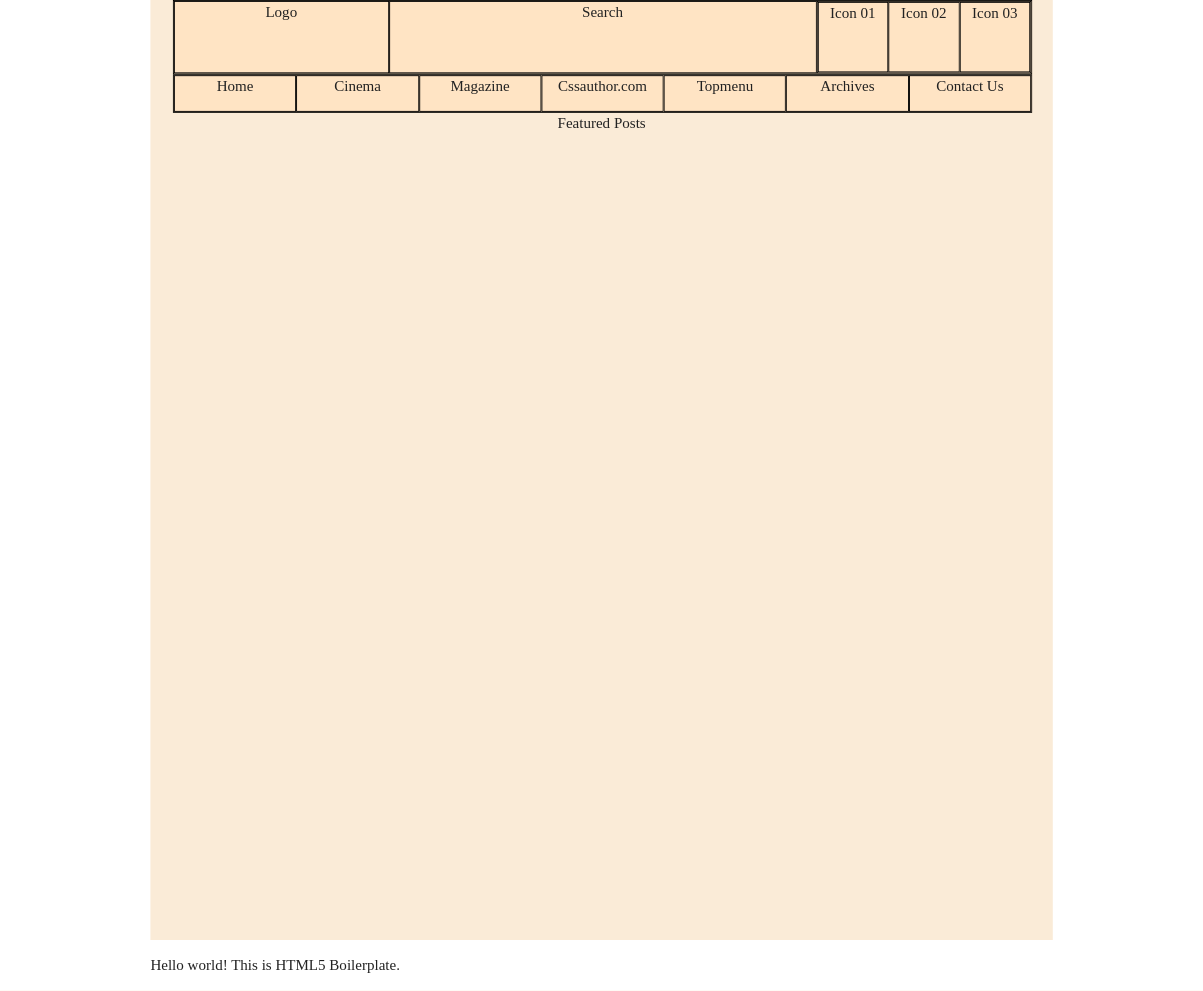
Repository: giovanabirck/cover-magazine-giovanabirck
Page: index.html
An editor plug-in stored every save of this project. The page is shown before and after a run of saves, followed by the edit.
The browser window is 1280 px wide. The pictures show the whole page, at 94% of full size.

Above is the page before, as saved 2023-01-13 17:18:05.

### index.html
<!doctype html>
<html class="no-js" lang="">

<head>
  <meta charset="utf-8">
  <title></title>
  <meta name="description" content="">
  <meta name="viewport" content="width=device-width, initial-scale=1">

  <meta property="og:title" content="">
  <meta property="og:type" content="">
  <meta property="og:url" content="">
  <meta property="og:image" content="">

  <link rel="manifest" href="site.webmanifest">
  <link rel="apple-touch-icon" href="icon.png">
  <!-- Place favicon.ico in the root directory -->

  <link rel="stylesheet" href="css/normalize.css">
  <link rel="stylesheet" href="css/main.css">

  <meta name="theme-color" content="#fafafa">
</head>

<body>

  <div class="main-container">

    <div class="header">
      <div class="header-content">
        <div class="header-content-logo">Logo</div>
        <div class="header-content-search">Search</div>
        <div class="header-content-icons">
          <div class="header-content-icons-un">Icon 01</div>
          <div class="header-content-icons-un">Icon 02</div>
          <div class="header-content-icons-un">Icon 03</div>
        </div>
      </div>
      <div class="header-menu">
        <div class="header-menu-un">Home</div>
        <div class="header-menu-un">Cinema</div>
        <div class="header-menu-un">Magazine</div>
        <div class="header-menu-un">Cssauthor.com</div>
        <div class="header-menu-un">Topmenu</div>
        <div class="header-menu-un">Archives</div>
        <div class="header-menu-un">Contact Us</div>
      </div>
    </div>

    <div>Featured Posts</div>

  </div>


  <!-- Add your site or application content here -->
  <p>Hello world! This is HTML5 Boilerplate.</p>
  <script src="js/vendor/modernizr-3.11.2.min.js"></script>
  <script src="js/plugins.js"></script>
  <script src="js/main.js"></script>

  <!-- Google Analytics: change UA-XXXXX-Y to be your site's ID. -->
  <script>
    window.ga = function () { ga.q.push(arguments) }; ga.q = []; ga.l = +new Date;
    ga('create', 'UA-XXXXX-Y', 'auto'); ga('set', 'anonymizeIp', true); ga('set', 'transport', 'beacon'); ga('send', 'pageview')
  </script>
  <script src="https://www.google-analytics.com/analytics.js" async></script>
</body>

</html>

### css/main.css
/*! HTML5 Boilerplate v8.0.0 | MIT License | https://html5boilerplate.com/ */

/* main.css 2.1.0 | MIT License | https://github.com/h5bp/main.css#readme */
/*
 * What follows is the result of much research on cross-browser styling.
 * Credit left inline and big thanks to Nicolas Gallagher, Jonathan Neal,
 * Kroc Camen, and the H5BP dev community and team.
 */

/* ==========================================================================
   Base styles: opinionated defaults
   ========================================================================== */

html {
  color: #222;
  font-size: 1em;
  line-height: 1.4;
  margin: 0px 160px 0px 160px;
}

/*
 * Remove text-shadow in selection highlight:
 * https://twitter.com/miketaylr/status/12228805301
 *
 * Vendor-prefixed and regular ::selection selectors cannot be combined:
 * https://stackoverflow.com/a/16982510/7133471
 *
 * Customize the background color to match your design.
 */

::-moz-selection {
  background: #b3d4fc;
  text-shadow: none;
}

::selection {
  background: #b3d4fc;
  text-shadow: none;
}

/*
 * A better looking default horizontal rule
 */

hr {
  display: block;
  height: 1px;
  border: 0;
  border-top: 1px solid #ccc;
  margin: 1em 0;
  padding: 0;
}

/*
 * Remove the gap between audio, canvas, iframes,
 * images, videos and the bottom of their containers:
 * https://github.com/h5bp/html5-boilerplate/issues/440
 */

audio,
canvas,
iframe,
img,
svg,
video {
  vertical-align: middle;
}

/*
 * Remove default fieldset styles.
 */

fieldset {
  border: 0;
  margin: 0;
  padding: 0;
}

/*
 * Allow only vertical resizing of textareas.
 */

textarea {
  resize: vertical;
}

/* ==========================================================================
   Author's custom styles
   ========================================================================== */

/* ==========================================================================
   Helper classes
   ========================================================================== */

/*
 * Hide visually and from screen readers
 */

.hidden,
[hidden] {
  display: none !important;
}

/*
 * Hide only visually, but have it available for screen readers:
 * https://snook.ca/archives/html_and_css/hiding-content-for-accessibility
 *
 * 1. For long content, line feeds are not interpreted as spaces and small width
 *    causes content to wrap 1 word per line:
 *    https://medium.com/@jessebeach/beware-smushed-off-screen-accessible-text-5952a4c2cbfe
 */

.sr-only {
  border: 0;
  clip: rect(0, 0, 0, 0);
  height: 1px;
  margin: -1px;
  overflow: hidden;
  padding: 0;
  position: absolute;
  white-space: nowrap;
  width: 1px;
  /* 1 */
}

/*
 * Extends the .sr-only class to allow the element
 * to be focusable when navigated to via the keyboard:
 * https://www.drupal.org/node/897638
 */

.sr-only.focusable:active,
.sr-only.focusable:focus {
  clip: auto;
  height: auto;
  margin: 0;
  overflow: visible;
  position: static;
  white-space: inherit;
  width: auto;
}

/*
 * Hide visually and from screen readers, but maintain layout
 */

.invisible {
  visibility: hidden;
}

/*
 * Clearfix: contain floats
 *
 * For modern browsers
 * 1. The space content is one way to avoid an Opera bug when the
 *    `contenteditable` attribute is included anywhere else in the document.
 *    Otherwise it causes space to appear at the top and bottom of elements
 *    that receive the `clearfix` class.
 * 2. The use of `table` rather than `block` is only necessary if using
 *    `:before` to contain the top-margins of child elements.
 */

.clearfix::before,
.clearfix::after {
  content: " ";
  display: table;
}

.clearfix::after {
  clear: both;
}

/* ==========================================================================
   EXAMPLE Media Queries for Responsive Design.
   These examples override the primary ('mobile first') styles.
   Modify as content requires.
   ========================================================================== */

@media only screen and (min-width: 35em) {
  /* Style adjustments for viewports that meet the condition */
}

@media print,
  (-webkit-min-device-pixel-ratio: 1.25),
  (min-resolution: 1.25dppx),
  (min-resolution: 120dpi) {
  /* Style adjustments for high resolution devices */
}

/* ==========================================================================
   Print styles.
   Inlined to avoid the additional HTTP request:
   https://www.phpied.com/delay-loading-your-print-css/
   ========================================================================== */

@media print {
  *,
  *::before,
  *::after {
    background: #fff !important;
    color: #000 !important;
    /* Black prints faster */
    box-shadow: none !important;
    text-shadow: none !important;
  }

  a,
  a:visited {
    text-decoration: underline;
  }

  a[href]::after {
    content: " (" attr(href) ")";
  }

  abbr[title]::after {
    content: " (" attr(title) ")";
  }

  /*
   * Don't show links that are fragment identifiers,
   * or use the `javascript:` pseudo protocol
   */
  a[href^="#"]::after,
  a[href^="javascript:"]::after {
    content: "";
  }

  pre {
    white-space: pre-wrap !important;
  }

  pre,
  blockquote {
    border: 1px solid #999;
    page-break-inside: avoid;
  }

  /*
   * Printing Tables:
   * https://web.archive.org/web/20180815150934/http://css-discuss.incutio.com/wiki/Printing_Tables
   */
  thead {
    display: table-header-group;
  }

  tr,
  img {
    page-break-inside: avoid;
  }

  p,
  h2,
  h3 {
    orphans: 3;
    widows: 3;
  }

  h2,
  h3 {
    page-break-after: avoid;
  }
}

.main-container{
  background-color: antiquewhite;
  width: 100%;
  height: 1000px;
  display: flex;
  flex-direction: column;
  align-items: center;
}

.header {
  background-color:cadetblue;
  width: 95%;
  height: 120px;
  display: flex;
  flex-direction: column;
  justify-content: center;
}

.header-content{
  background-color: bisque;
  border: solid 1px black;
  width: 100%;
  height: 80px;
  display: flex;
}

.header-content-logo{
  background-color: bisque;
  border: solid 1px black;
  width: 33%;
  text-align: center;
}

.header-content-search{
  background-color: bisque;
  border: solid 1px black;
  width: 66%;
  text-align: center;
}

.header-content-icons{
  background-color: bisque;
  border: solid 1px black;
  width: 33%;
  text-align: center;
  display: flex;
}

.header-content-icons-un{
  background-color: bisque;
  border: solid 1px black;
  width: 100%;
  text-align: center;
}

.header-menu{
  background-color: bisque;
  border: solid 1px black;
  width: 100%;
  height: 40px;
  text-align: center;
  display: flex;
}

.header-menu-un{
  background-color: bisque;
  border: solid 1px black;
  width: 100%;
  text-align: center;
}

### js/plugins.js
// Avoid `console` errors in browsers that lack a console.
(function() {
  var method;
  var noop = function () {};
  var methods = [
    'assert', 'clear', 'count', 'debug', 'dir', 'dirxml', 'error',
    'exception', 'group', 'groupCollapsed', 'groupEnd', 'info', 'log',
    'markTimeline', 'profile', 'profileEnd', 'table', 'time', 'timeEnd',
    'timeline', 'timelineEnd', 'timeStamp', 'trace', 'warn'
  ];
  var length = methods.length;
  var console = (window.console = window.console || {});

  while (length--) {
    method = methods[length];

    // Only stub undefined methods.
    if (!console[method]) {
      console[method] = noop;
    }
  }
}());

// Place any jQuery/helper plugins in here.

Loaded but not shown: css/normalize.css (library); js/vendor/modernizr-3.11.2.min.js (library); js/main.js (no stored copy; drawn as an empty file)

After the next 7 saves:
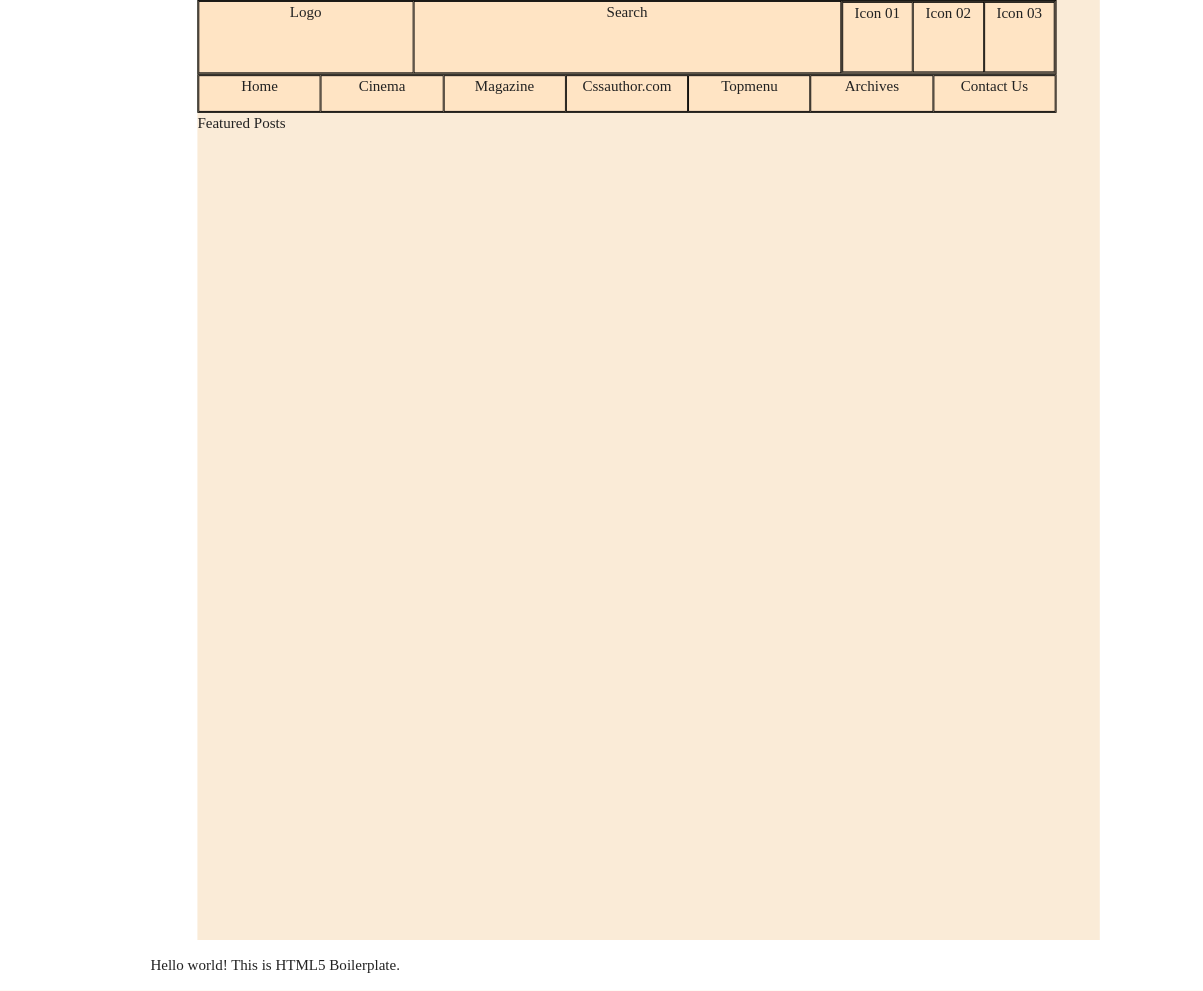
The 7 saves are shown as one change because they came seconds apart.
The last was saved 22 s later.
--- a/css/main.css
+++ b/css/main.css
@@ -268,7 +268,7 @@
   height: 1000px;
   display: flex;
   flex-direction: column;
-  align-items: center;
+  margin: 0px 50px 0px 50px;
 }
 
 .header {

After the save that followed:
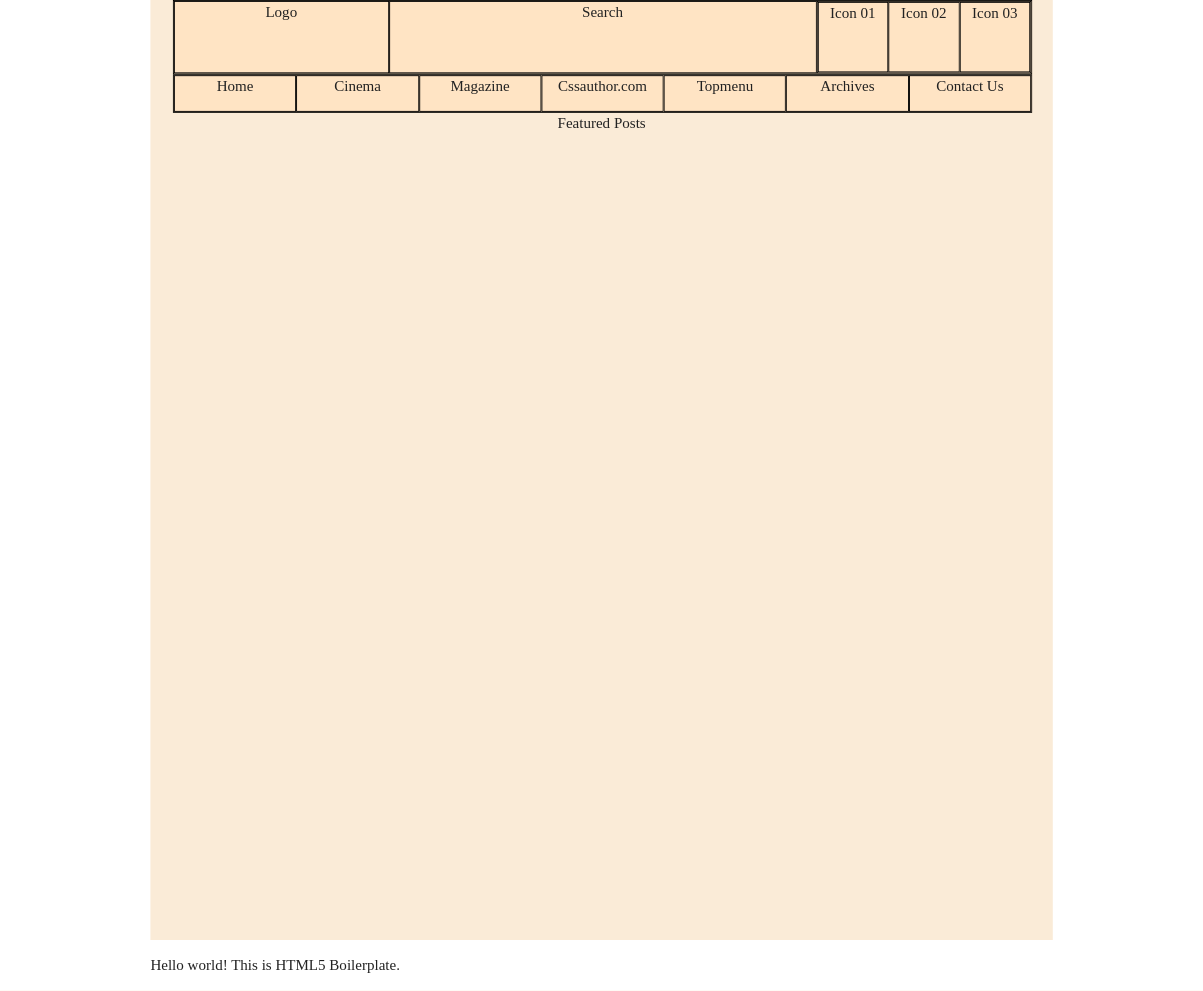
Saved 12 s later.
--- a/css/main.css
+++ b/css/main.css
@@ -268,7 +268,7 @@
   height: 1000px;
   display: flex;
   flex-direction: column;
-  margin: 0px 50px 0px 50px;
+  align-items: center;
 }
 
 .header {
